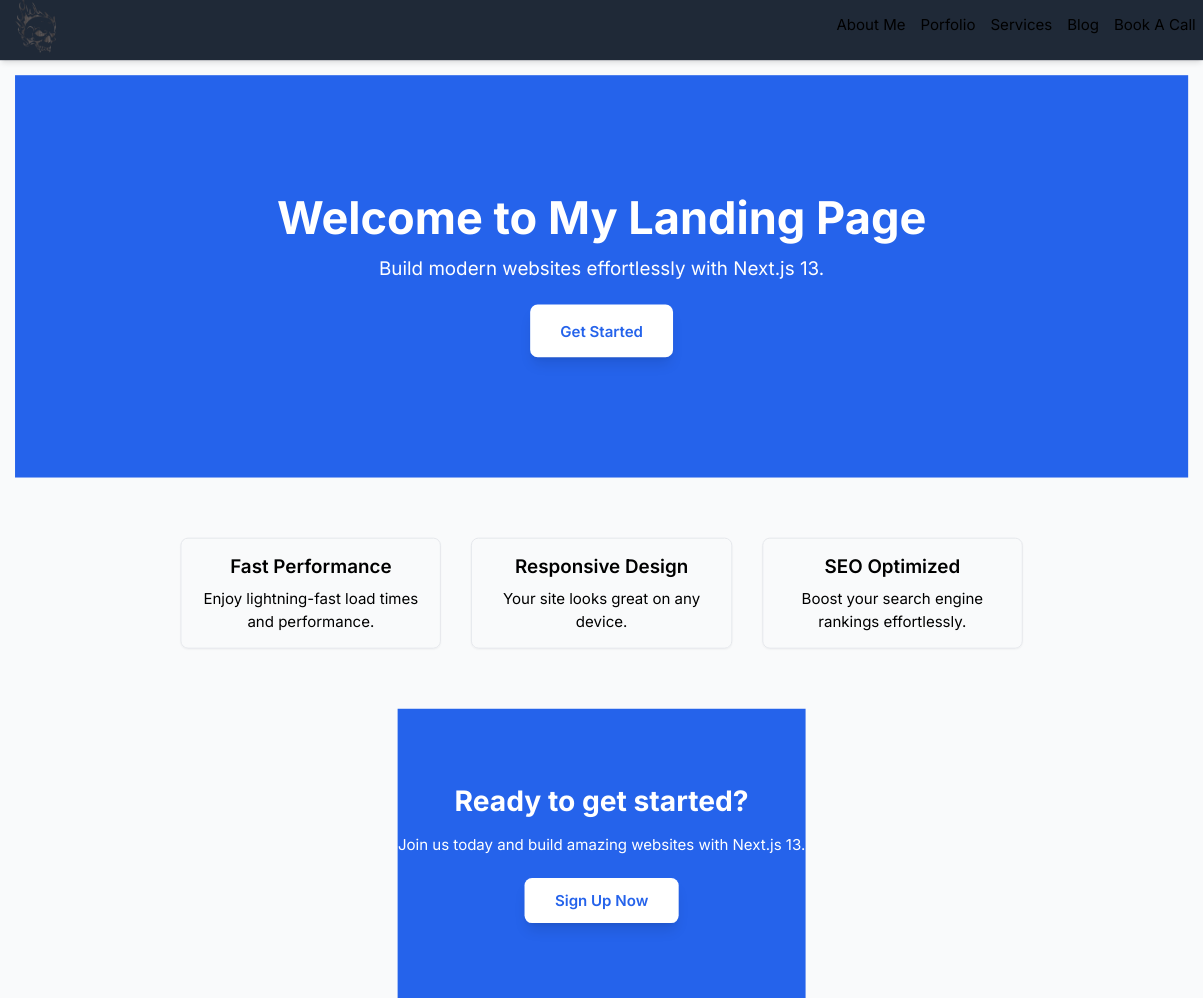
Repository: TheSecretlifeOfX/landing1
Page: /
The author's editor kept a copy of each file at every save. The page is drawn from the files as they stood at one save, then again after the next save.
The browser window is 1280 px wide. The pictures show the whole page, at 94% of full size.
The project was rebuilt for these pictures with package versions that can differ from the ones it lists, and the page was loaded fresh each time. The framework's server and built-in components were replaced by stand-ins that run in the browser. Also part of the build but not shown: next.config.js.

Above is the page before, as saved 2024-11-14 12:52:10.

### app/layout.tsx
import Link from 'next/link'
import './globals.css'
import type { Metadata } from 'next'
import { Inter } from 'next/font/google'

import Navbar from "@/app/components/Navbar";


const inter = Inter({ subsets: ['latin'] })

export const metadata: Metadata = {
  title: 'Create Next App',
  description: 'Generated by create next app',
}

export default function RootLayout({
  children,
}: {
  children: React.ReactNode
}) {
  return (
    <html lang="en">
      <body className={inter.className}>
      <nav>
        <Navbar />
      </nav>
      {children}</body>
    </html>
  )
}

### app/page.tsx
import HeroSection from "@/app/components/HeroSection";
import FeaturesSection from "@/app/components/FeaturesSection";
import CallToAction from "@/app/components/CallToAction";

// app/page.tsx
export default function Home() {
  return (
    <main className="flex flex-col items-center justify-center min-h-screen px-4 bg-gray-50">
      <HeroSection />
      <FeaturesSection />
      <CallToAction />
    </main>
  );
}

### app/components/Navbar.tsx
// src/components/Navbar.tsx
import React from "react";
import Link from "next/link";
import Image from "next/image";

export default function Navbar() {
  return (
    <nav className="fixed top-[-12px] left-0 w-full bg-gray-800 p-2 text-black shadow-md z-50 ">
      <div className="container mx-auto flex justify-between items-center">
        <div className="text-2xl font-bold">
          <Link href="/">
          <Image
            src="/Images/Logo.png"
            alt="MyBrand Logo"
            width={60}
            height={60}
            className="cursor-pointer"
            priority
          />
          </Link>
        </div>
        <ul className="flex space-x-4">
          <li>
            <a href="#hero" className="hover:text-gray-200">
              About Me
            </a>
          </li>
          <li>
            <a href="#features" className="hover:text-gray-200">
              Porfolio
            </a>
          </li>
          <li>
            <a href="#" className="hover:text-gray-200">
              Services
            </a>
          </li>
          <li>
            <a href="#" className="hover:text-gray-200">
              Blog
            </a>
          </li>
          <li>
            <a href="#contact" className="hover:text-gray-200">
              Book A Call
            </a>
          </li>
        </ul>
      </div>
    </nav>
  );
}

### app/components/HeroSection.tsx
// components/HeroSection.tsx
export default function HeroSection() {
  return (
    <section
      id="hero"
      className="w-full py-32 bg-blue-600 text-white flex flex-col items-center justify-center mt-20"
    >
      <h1 className="text-5xl font-bold mb-4">Welcome to My Landing Page</h1>
      <p className="text-xl mb-6 max-w-3xl text-center">
        Build modern websites effortlessly with Next.js 13.
      </p>
      <button className="px-8 py-4 bg-white text-blue-600 font-semibold rounded-lg shadow-lg hover:bg-gray-100 transition duration-300">
        Get Started
      </button>
    </section>
  );
}

### app/components/FeaturesSection.tsx
// components/FeaturesSection.tsx
export default function FeaturesSection() {
    return (
      <section id="features" className="py-16">
        <div className="max-w-4xl mx-auto grid grid-cols-1 md:grid-cols-3 gap-8">
          <Feature
            title="Fast Performance"
            description="Enjoy lightning-fast load times and performance."
          />
          <Feature
            title="Responsive Design"
            description="Your site looks great on any device."
          />
          <Feature
            title="SEO Optimized"
            description="Boost your search engine rankings effortlessly."
          />
        </div>
      </section>
    );
  }

  function Feature({ title, description }: { title: string; description: string }) {
    return (
      <div className="text-center p-4 border rounded-lg shadow-sm">
        <h3 className="text-xl font-semibold mb-2">{title}</h3>
        <p>{description}</p>
      </div>
    );
  }

### app/components/CallToAction.tsx
// components/CallToAction.tsx
export default function CallToAction() {
    return (
      <section id="contact" className="py-20 text-center bg-blue-600 text-white">
        <h2 className="text-3xl font-bold mb-4">Ready to get started?</h2>
        <p className="mb-6">Join us today and build amazing websites with Next.js 13.</p>
        <button className="px-8 py-3 bg-white text-blue-600 font-semibold rounded-lg shadow-lg hover:bg-gray-100">
          Sign Up Now
        </button>
      </section>
    );
  }

Loaded but not shown: app/globals.css (common file); tailwind.config.js (common file)

After the next save:
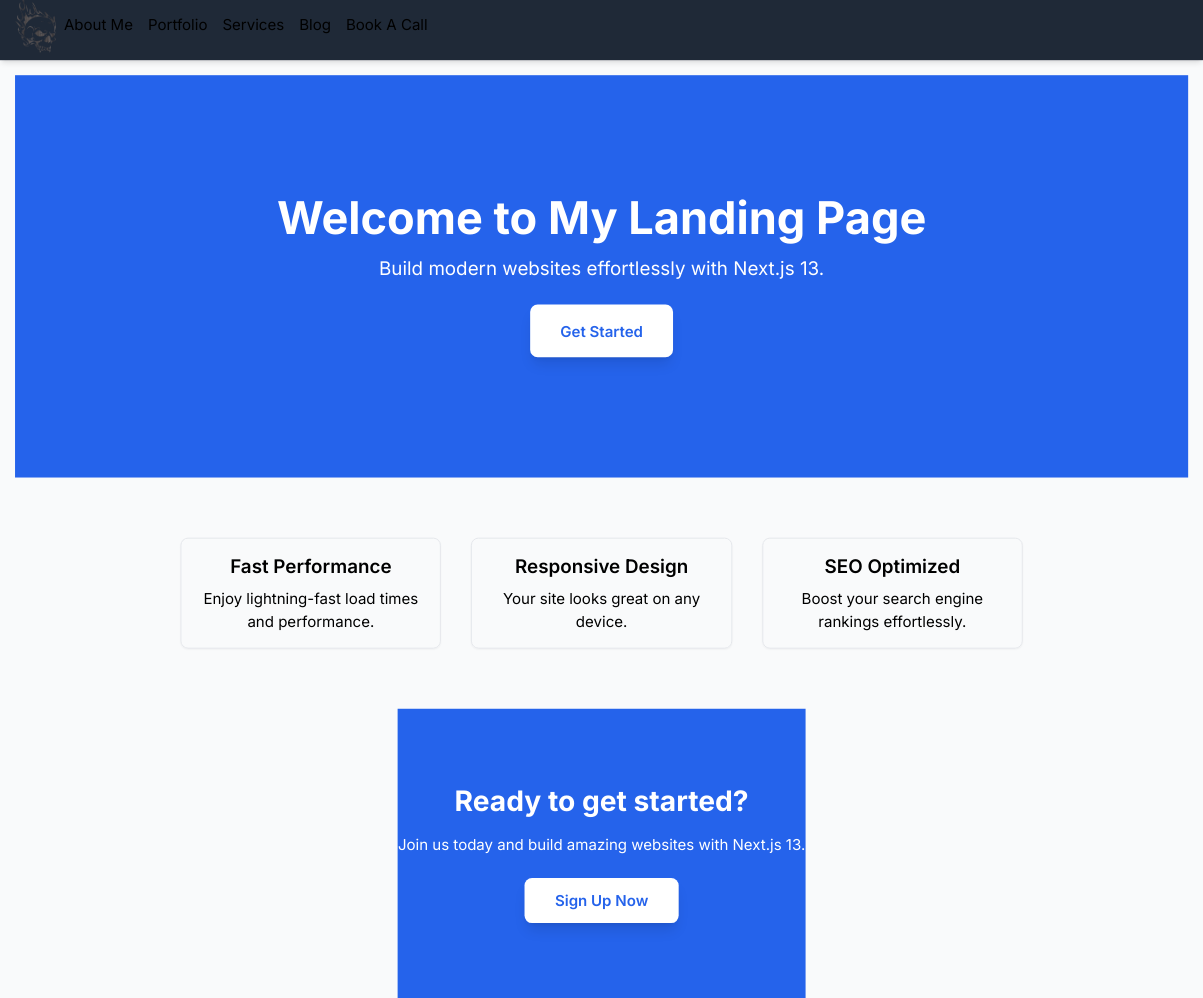
Saved 4 min 28 s later.
--- a/app/components/Navbar.tsx
+++ b/app/components/Navbar.tsx
@@ -6,7 +6,7 @@ import Image from "next/image";
 export default function Navbar() {
   return (
     <nav className="fixed top-[-12px] left-0 w-full bg-gray-800 p-2 text-black shadow-md z-50 ">
-      <div className="container mx-auto flex justify-between items-center">
+      <div className="container mx-auto flex items-center">
         <div className="text-2xl font-bold">
           <Link href="/">
           <Image
@@ -27,7 +27,7 @@ export default function Navbar() {
           </li>
           <li>
             <a href="#features" className="hover:text-gray-200">
-              Porfolio
+              Portfolio
             </a>
           </li>
           <li>
